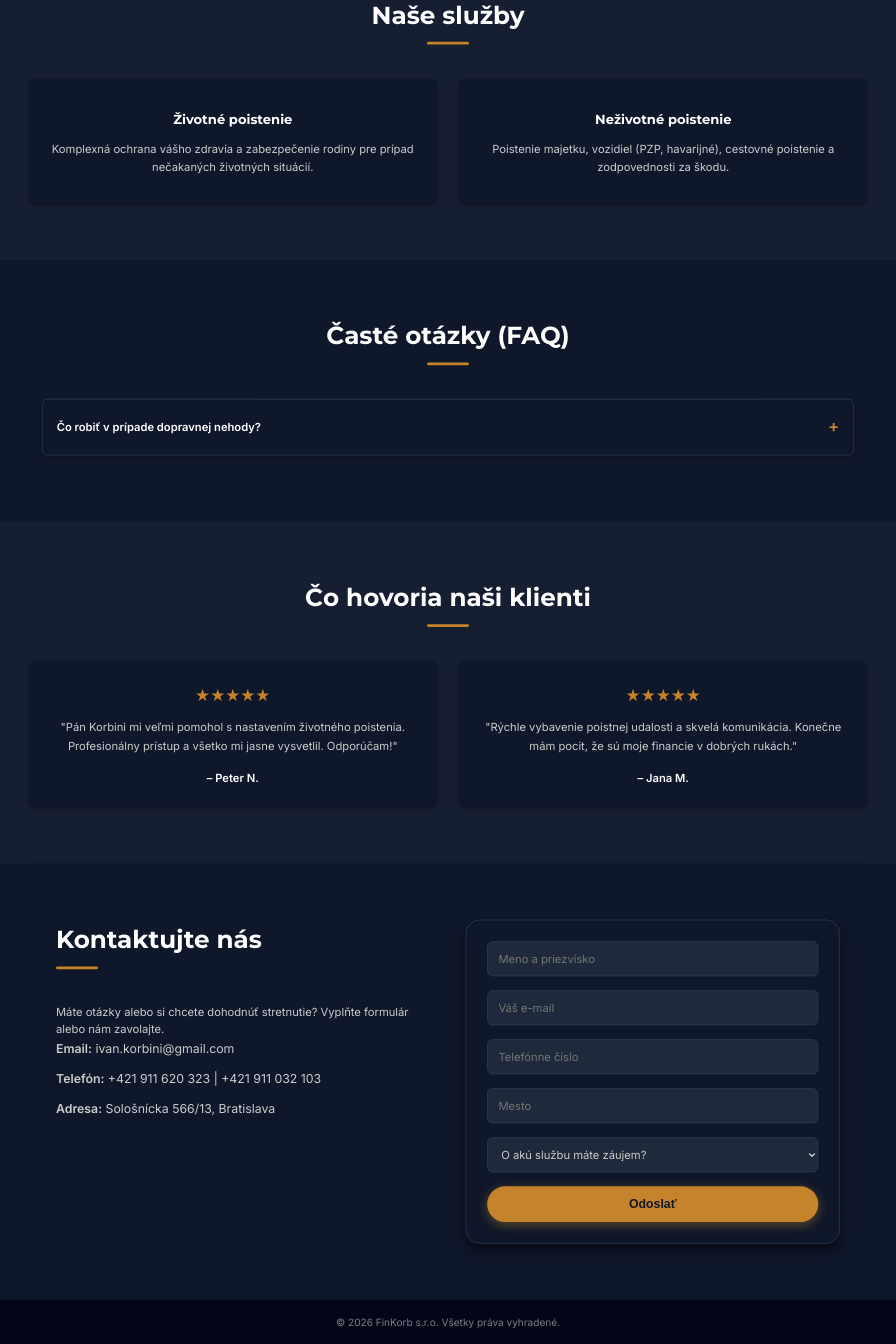
Repository: IvanK03/personal_web
Page: web/index.html
An editor plug-in stored every save of this project. The page is shown before and after the next save, followed by the edit.
The browser window is 1280 px wide. The pictures show the part of the page from y = 2334 to 4254 px (the page is 4254 px tall before and 4184 px after), at 70% of full size.

Above is the page before, as saved 2026-02-23 21:00:56.

### web/index.html
<!DOCTYPE html>
<html lang="sk">
<head>
    <meta charset="UTF-8">
    <meta name="viewport" content="width=device-width, initial-scale=1.0">
    <meta name="description" content="FinKorb s.r.o. - Komplexné finančné poradenstvo, poistenie, hypotéky a investovanie.">
    <title>FinKorb s.r.o. - Finančný poradca</title>
    <link rel="stylesheet" href="style.css">
</head>
<body>

    <!-- Hlavička s navigáciou -->
    <header>
        <div class="top-bar">
            <div class="top-bar-left">
                <span class="trust-text">Dôveruje nám už viac ako <strong class="highlight-number">1100</strong> klientov</span>
            </div>
            <div class="top-bar-right">
                <a href="mailto:ivan.korbini@gmail.com" class="contact-link">
                    <svg xmlns="http://www.w3.org/2000/svg" width="16" height="16" viewBox="0 0 24 24" fill="none" stroke="currentColor" stroke-width="2" stroke-linecap="round" stroke-linejoin="round"><path d="M4 4h16c1.1 0 2 .9 2 2v12c0 1.1-.9 2-2 2H4c-1.1 0-2-.9-2-2V6c0-1.1.9-2 2-2z"></path><polyline points="22,6 12,13 2,6"></polyline></svg>
                    ivan.korbini@gmail.com
                </a>
                <a href="tel:+421911620323" class="contact-link phone-highlight">
                    <svg xmlns="http://www.w3.org/2000/svg" width="16" height="16" viewBox="0 0 24 24" fill="none" stroke="currentColor" stroke-width="2" stroke-linecap="round" stroke-linejoin="round"><path d="M22 16.92v3a2 2 0 0 1-2.18 2 19.79 19.79 0 0 1-8.63-3.07 19.5 19.5 0 0 1-6-6 19.79 19.79 0 0 1-3.07-8.67A2 2 0 0 1 4.11 2h3a2 2 0 0 1 2 1.72 12.84 12.84 0 0 0 .7 2.81 2 2 0 0 1-.45 2.11L8.09 9.91a16 16 0 0 0 6 6l1.27-1.27a2 2 0 0 1 2.11-.45 12.84 12.84 0 0 0 2.81.7A2 2 0 0 1 22 16.92z"></path></svg>
                    +421 911 620 323
                </a>
            </div>
        </div>
        <div class="container">
            <a href="#" class="logo">FinKorb s.r.o.</a>
            <nav>
                <ul>
                    <li><a href="#hero">Domov</a></li>
                    <li><a href="#o-mne">O mne</a></li>
                    <li><a href="#sluzby">Služby</a></li>
                    <li><a href="#faq">FAQ</a></li>
                    <li><a href="#recenzie">Recenzie</a></li>
                    <li><a href="#kontakt">Kontakt</a></li>
                </ul>
            </nav>
        </div>
    </header>

    <main>
        <!-- Hero sekcia -->
        <section id="hero">
            <div class="hero-content">
                <div class="hero-text">
                    <h1>Vaša finančná budúcnosť v bezpečných rukách</h1>
                    <p>Pomáhame Vám robiť správne rozhodnutia pre stabilný a prosperujúci život.</p>
                    <a href="#kontakt" class="btn-primary">Dohodnúť konzultáciu</a>
                </div>
                <div class="hero-image">
                    <!-- Dočasný placeholder obrázok. Neskôr zmeňte src na "images/moja-fotka.png" -->
                    <img src="https://placehold.co/500x600/png?text=Moja+Fotka" alt="Finančný poradca - Ivan Korbini">
                </div>
            </div>
        </section>

        <!-- Sekcia Výhody spolupráce -->
        <section id="vyhody">
            <div class="container">
                <div class="section-header">
                    <span class="section-subtitle">BENEFITY</span>
                    <h2>Výhody spolupráce</h2>
                </div>
                <div class="benefits-grid">
                    <!-- Výhoda 1 -->
                    <div class="benefit-item">
                        <div class="benefit-icon">
                            <svg xmlns="http://www.w3.org/2000/svg" width="48" height="48" viewBox="0 0 24 24" fill="none" stroke="currentColor" stroke-width="2" stroke-linecap="round" stroke-linejoin="round"><circle cx="11" cy="11" r="8"></circle><line x1="21" y1="21" x2="16.65" y2="16.65"></line><line x1="11" y1="8" x2="11" y2="14"></line><line x1="8" y1="11" x2="14" y2="11"></line></svg>
                        </div>
                        <h3>Nezávislé porovnanie trhu</h3>
                        <p>Nie sme viazaný na jednu poisťovňu. Vyberieme Vám to najlepšie a najvýhodnejšie krytie z celého trhu.</p>
                    </div>
                    <!-- Výhoda 2 -->
                    <div class="benefit-item">
                        <div class="benefit-icon">
                            <svg xmlns="http://www.w3.org/2000/svg" width="48" height="48" viewBox="0 0 24 24" fill="none" stroke="currentColor" stroke-width="2" stroke-linecap="round" stroke-linejoin="round"><path d="M12 22s8-4 8-10V5l-8-3-8 3v7c0 6 8 10 8 10z"></path></svg>
                        </div>
                        <h3>Pomoc pri poistnej udalosti</h3>
                        <p>Keď sa niečo stane, nevoláte na anonymnú infolinku, ale nám. Pomôžeme Vám s nahlásením a papierovačkami.</p>
                    </div>
                    <!-- Výhoda 3 -->
                    <div class="benefit-item">
                        <div class="benefit-icon">
                            <svg xmlns="http://www.w3.org/2000/svg" width="48" height="48" viewBox="0 0 24 24" fill="none" stroke="currentColor" stroke-width="2" stroke-linecap="round" stroke-linejoin="round"><path d="M14 2H6a2 2 0 0 0-2 2v16a2 2 0 0 0 2 2h12a2 2 0 0 0 2-2V8z"></path><polyline points="14 2 14 8 20 8"></polyline><line x1="16" y1="13" x2="8" y2="13"></line><line x1="16" y1="17" x2="8" y2="17"></line><polyline points="10 9 9 9 8 9"></polyline></svg>
                        </div>
                        <h3>Všetko vybavíme za Vás</h3>
                        <p>Ušetríte si čas, behanie po pobočkách aj nervy. Od návrhu až po podpis zmluvy riešime administratívu my.</p>
                    </div>
                </div>

                <!-- Cenník / Právna doložka (Presunuté) -->
                <div class="cennik-wrapper">
                    <h2>Cenník finančného poradenstva</h2>
                    <p class="price-subtitle">Konzultácia a sprostredkovanie finančného produktu je zdarma.</p>
                    <p class="legal-text">Podľa zákona 186/2009 o finančnom sprostredkovaní a poradenstve Finančný agent nesmie v súvislosti s vykonávaním finančného sprostredkovania prijímať od klienta akékoľvek peňažné plnenie. Moja odmena je vyplácaná formou provízie priamo od finančnej inštitúcie, v ktorej si produkt uzatvoríte.</p>
                </div>
            </div>
        </section>

        <!-- Sekcia Partneri -->
        <section id="partneri">
            <div class="container partners-layout">
                <h2 class="partners-title">Poistenie</h2>
                <div class="partners-slider">
                    <button class="slider-btn prev" aria-label="Predchádzajúce">&#10094;</button>
                    <div class="partners-logos">
                        <img src="images/PROSIGHT-Logo-partnera-Generali-Poistovna.png" alt="Generali" loading="lazy">
                        <img src="images/PROSIGHT-Logo-partnera-Komunalna-poistovna.png" alt="Komunálna poisťovňa" loading="lazy">
                        <img src="images/PROSIGHT-Logo-partnera-Kooperativa-poistovna.png" alt="Kooperativa" loading="lazy">
                        <img src="images/PROSIGHT-Logo-partnera-Union.png" alt="Union" loading="lazy">
                        <img src="images/PROSIGHT-Logo-partnera-Allianz-Slovenska-poistovna.png" alt="Allianz" loading="lazy">
                        <img src="images/PROSIGHT-Logo-partnera-CSOB-Poistovna-New.png" alt="ČSOB" loading="lazy">
                        <img src="images/Pillow-Logo-black.png" alt="Pillow" loading="lazy">
                        <img src="images/PROSIGHT-Logo-partnera-Colonnade.png" alt="Colonnade" loading="lazy">
                        <img src="images/PROSIGHT-Logo-partnera-NN-Zivotna-poistovna.png" alt="NN" loading="lazy">
                        <img src="images/PROSIGHT-Logo-partnera-Uniqa-poistovna.png" alt="Uniqa" loading="lazy">
                        <img src="images/PROSIGHT-Logo-partnera-Wustenrot-poistovna.png" alt="Wüstenrot" loading="lazy">
                    </div>
                    <button class="slider-btn next" aria-label="Nasledujúce">&#10095;</button>
                </div>
            </div>
        </section>

        <!-- Sekcia O mne -->
        <section id="o-mne">
            <h2>O mne</h2>
            <p>Vitajte vo FinKorb s.r.o. Sme tím skúsených odborníkov, ktorí verí v transparentnosť a individuálny prístup ku každému klientovi.</p>
        </section>

        <!-- Sekcia Služby -->
        <section id="sluzby">
            <h2>Naše služby</h2>
            <div class="services-grid">
                <article class="service-item">
                    <h3>Životné poistenie</h3>
                    <p>Komplexná ochrana vášho zdravia a zabezpečenie rodiny pre prípad nečakaných životných situácií.</p>
                </article>
                <article class="service-item">
                    <h3>Neživotné poistenie</h3>
                    <p>Poistenie majetku, vozidiel (PZP, havarijné), cestovné poistenie a zodpovednosti za škodu.</p>
                </article>
            </div>
        </section>

        <!-- Sekcia Časté otázky (FAQ) -->
        <section id="faq">
            <h2>Časté otázky (FAQ)</h2>
            <details>
                <summary>Čo robiť v prípade dopravnej nehody?</summary>
                <p>Zachovajte pokoj, zabezpečte miesto nehody a skontrolujte zranenia. Ak je to nutné, volajte záchranné zložky (112). Pri väčšej škode alebo zranení je potrebné privolať políciu. Následne vyplňte správu, v prípade nejasností nás kontaktujte na čísle +421 911 620 323 alebo +421 911 032 103 – pomôžeme vám s nahlásením poistnej udalosti.</p>
            </details>
        </section>

        <!-- Sekcia Recenzie -->
        <section id="recenzie">
            <h2>Čo hovoria naši klienti</h2>
            <div class="reviews-grid">
                <article class="review-item">
                    <div class="stars">★★★★★</div>
                    <p>"Pán Korbini mi veľmi pomohol s nastavením životného poistenia. Profesionálny prístup a všetko mi jasne vysvetlil. Odporúčam!"</p>
                    <h4>– Peter N.</h4>
                </article>
                <article class="review-item">
                    <div class="stars">★★★★★</div>
                    <p>"Rýchle vybavenie poistnej udalosti a skvelá komunikácia. Konečne mám pocit, že sú moje financie v dobrých rukách."</p>
                    <h4>– Jana M.</h4>
                </article>
            </div>
        </section>

    <!-- Sekcia Kontakt s formulárom -->
    <section id="kontakt">
        <div class="container contact-container">
            <div class="contact-details">
                <h2>Kontaktujte nás</h2>
                <p>Máte otázky alebo si chcete dohodnúť stretnutie? Vyplňte formulár alebo nám zavolajte.</p>
                <div class="contact-info-items">
                    <p><strong>Email:</strong> ivan.korbini@gmail.com</p>
                    <p><strong>Telefón:</strong> +421 911 620 323 | +421 911 032 103</p>
                    <p><strong>Adresa:</strong> Sološnícka 566/13, Bratislava</p>
                </div>
            </div>
            <div class="contact-form-wrapper">
                <form action="#" method="post" class="contact-form">
                    <div class="form-group">
                        <input type="text" name="name" placeholder="Meno a priezvisko" required>
                    </div>
                    <div class="form-group">
                        <input type="email" name="email" placeholder="Váš e-mail" required>
                    </div>
                    <div class="form-group">
                        <input type="tel" name="phone" placeholder="Telefónne číslo">
                    </div>
                    <div class="form-group">
                        <input type="text" name="city" placeholder="Mesto">
                    </div>
                    <div class="form-group">
                        <select name="service">
                            <option value="" disabled selected>O akú službu máte záujem?</option>
                            <option value="zivotne">Životné poistenie</option>
                            <option value="pzp">PZP (Povinné zmluvné poistenie)</option>
                            <option value="havarijne">Havarijné poistenie</option>
                            <option value="cestovne">Cestovné poistenie</option>
                            <option value="majetok">Poistenie majetku</option>
                            <option value="ine">Iné</option>
                        </select>
                    </div>
                    <button type="submit" class="btn-primary full-width">Odoslať</button>
                </form>
            </div>
        </div>
    </section>

    <!-- Päta (Copyright) -->
    <footer>
        <p class="copyright">&copy; 2026 FinKorb s.r.o. Všetky práva vyhradené.</p>
    </footer>

    <script src="script.js"></script>
</body>
</html>

Loaded but not shown: web/script.js (48 lines, source omitted); web/style.css (740 lines, source omitted)

After the next save:
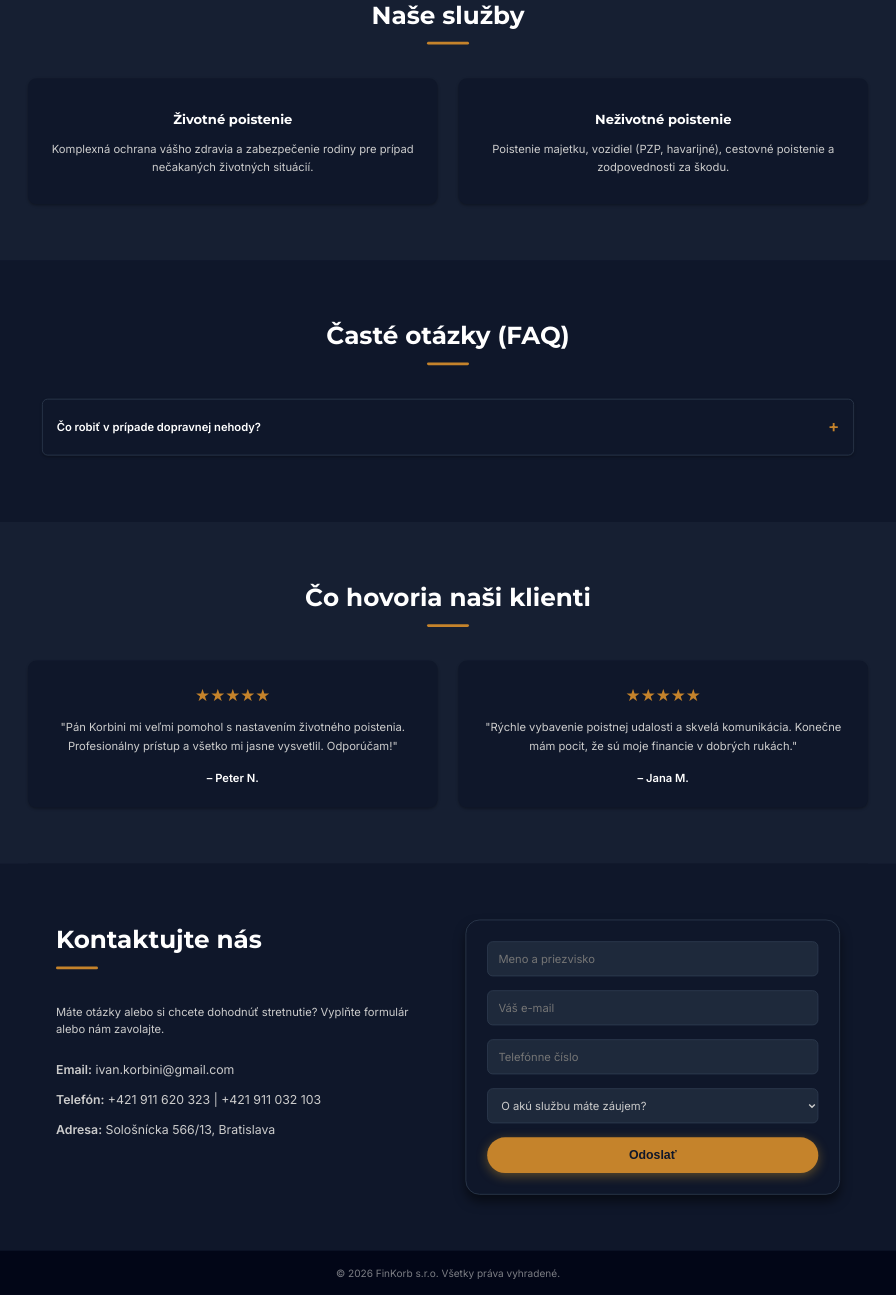
Saved 2 min 5 s later.
--- a/web/index.html
+++ b/web/index.html
@@ -176,7 +176,7 @@
         <div class="container contact-container">
             <div class="contact-details">
                 <h2>Kontaktujte nás</h2>
-                <p>Máte otázky alebo si chcete dohodnúť stretnutie? Vyplňte formulár alebo nám zavolajte.</p>
+                <p style="margin-bottom: 30px;">Máte otázky alebo si chcete dohodnúť stretnutie? Vyplňte formulár alebo nám zavolajte.</p>
                 <div class="contact-info-items">
                     <p><strong>Email:</strong> ivan.korbini@gmail.com</p>
                     <p><strong>Telefón:</strong> +421 911 620 323 | +421 911 032 103</p>
@@ -193,9 +193,6 @@
                     </div>
                     <div class="form-group">
                         <input type="tel" name="phone" placeholder="Telefónne číslo">
-                    </div>
-                    <div class="form-group">
-                        <input type="text" name="city" placeholder="Mesto">
                     </div>
                     <div class="form-group">
                         <select name="service">
